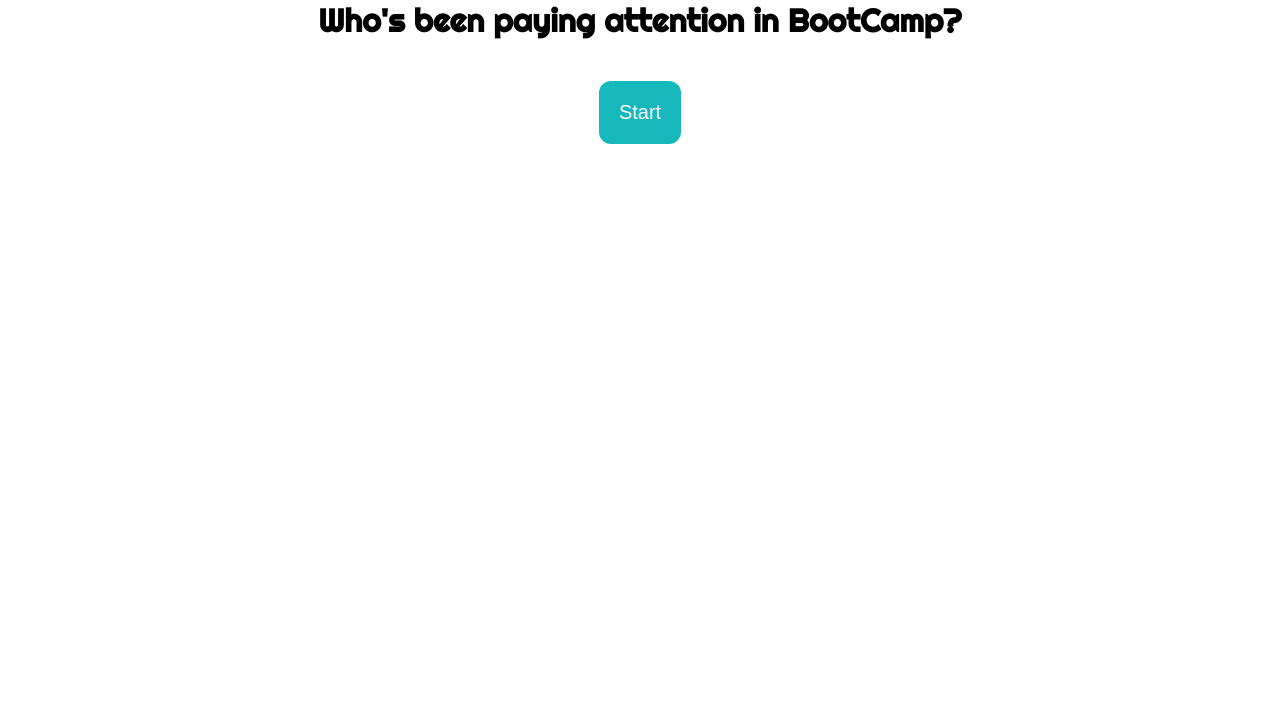
Repository: kkyler24/Quizlet
Page: Quiz.html
These files come from the project's save history. The page is drawn as it stood at one moment and after the next save; the edit follows.
The browser window is 1280 px wide. The pictures show the whole page.
Some web libraries are served in a nearby version.

Above is the page before, as saved 2020-03-16 01:24:27.

After the next save:
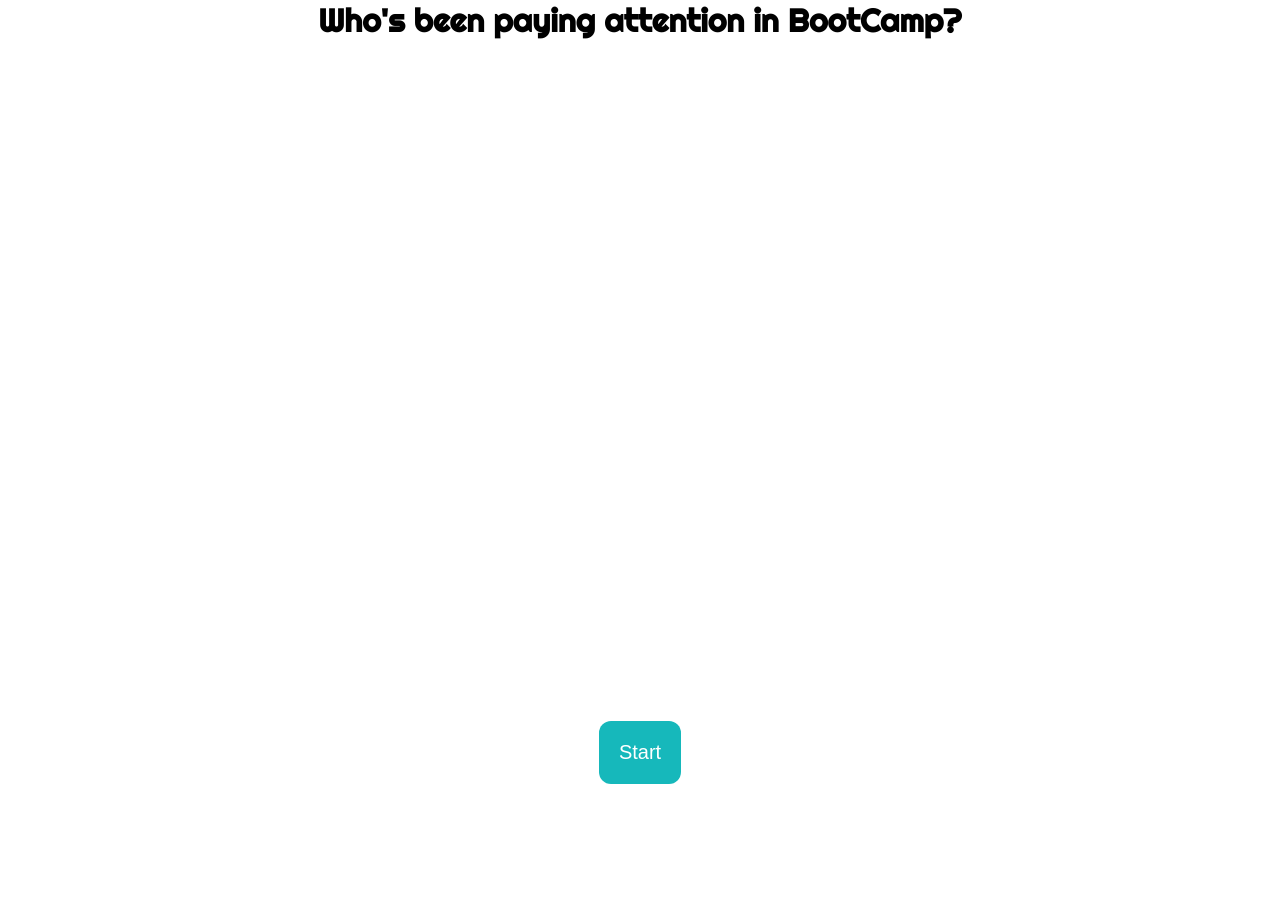
Saved 17 s later.
--- a/DevOpsFiles/Style.css
+++ b/DevOpsFiles/Style.css
@@ -6,7 +6,7 @@ body{
 
 .flex-container {
     display: flex;
-    margin-top: auto;
+    margin-top: 50%;
     justify-content: center;
     align-items: center;
     flex-direction: column;
